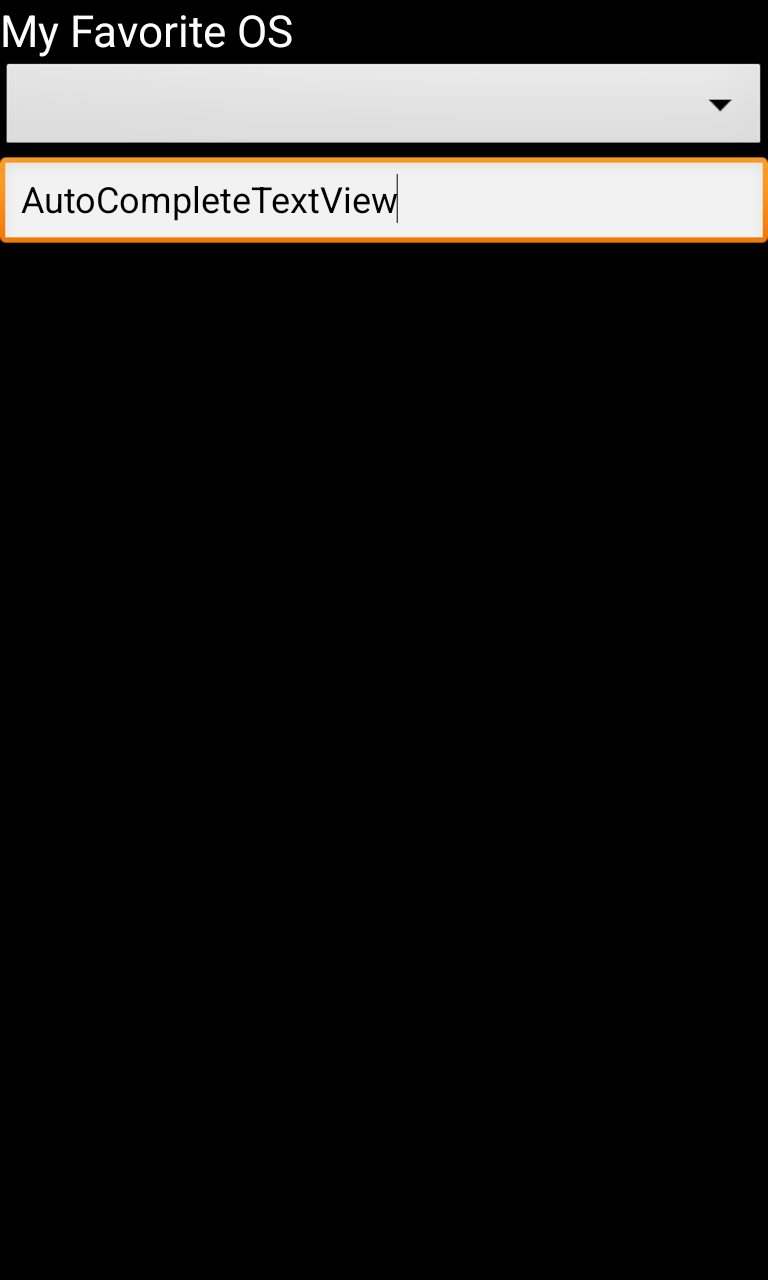
Repository: smartapps08/addteqtutorials
Layout: AdapterView Demo/res/layout/main.xml
The author's editor kept a copy of each file at every save. The layout is drawn from the files as they stood at one save, then again after the next save.
It is drawn on a 768 x 1280 px phone screen (xhdpi) without system bars, with theme android:Theme; the app's code is not run.

Above is the layout before, as saved 2012-06-07 18:12:25.

### AdapterView Demo/res/layout/main.xml
<?xml version="1.0" encoding="utf-8"?>
<LinearLayout xmlns:android="http://schemas.android.com/apk/res/android"
    android:layout_width="fill_parent"
    android:layout_height="fill_parent"
    android:orientation="vertical" >

    <TextView
        android:id="@+id/textView1"
        android:layout_width="wrap_content"
        android:layout_height="wrap_content"
        android:text="My Favorite OS"
        android:textAppearance="?android:attr/textAppearanceLarge" />

    <Spinner
        android:id="@+id/spinnerOS"
        android:layout_width="match_parent"
        android:layout_height="wrap_content" />

    <AutoCompleteTextView
        android:id="@+id/autoCompleteTextView1"
        android:layout_width="match_parent"
        android:layout_height="wrap_content"
        android:ems="10"
        android:text="AutoCompleteTextView" >

        <requestFocus />
    </AutoCompleteTextView>

</LinearLayout>

After the next save:
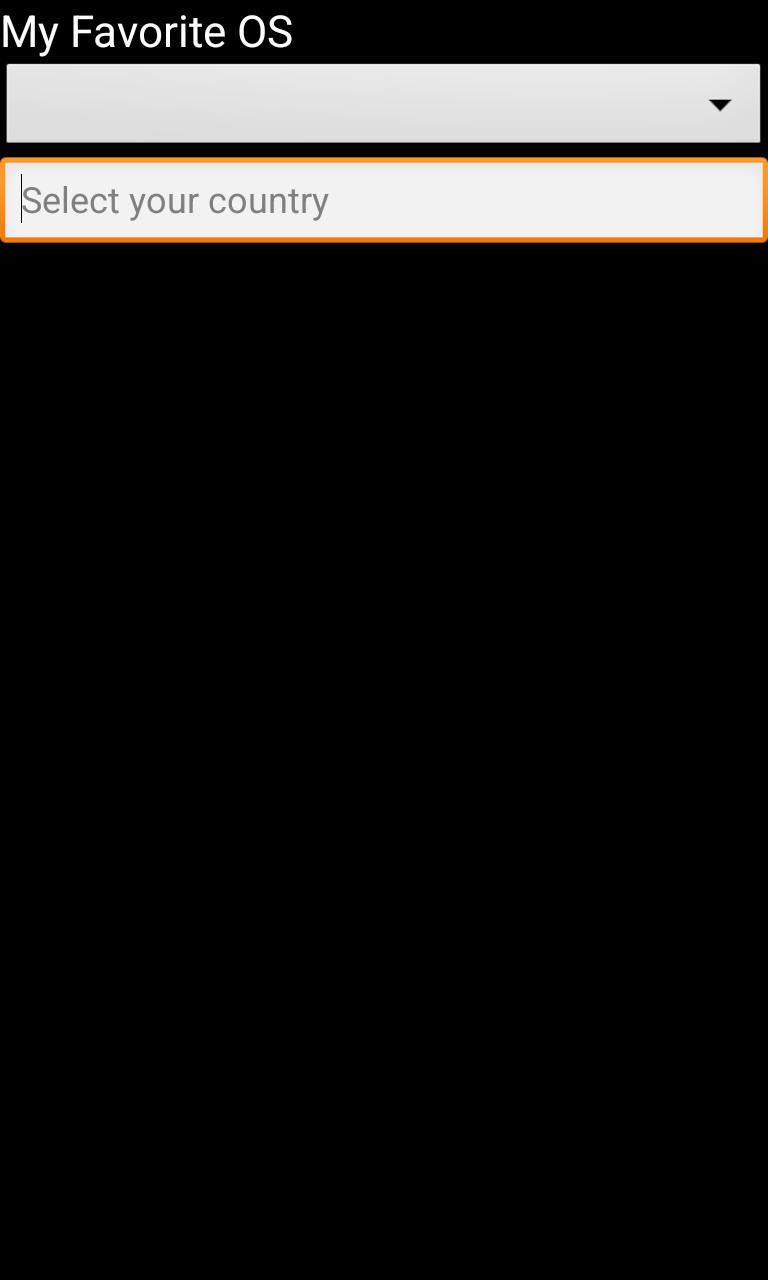
Saved 24 s later.
--- a/AdapterView Demo/res/layout/main.xml
+++ b/AdapterView Demo/res/layout/main.xml
@@ -21,7 +21,7 @@
         android:layout_width="match_parent"
         android:layout_height="wrap_content"
         android:ems="10"
-        android:text="AutoCompleteTextView" >
+        android:hint="Select your country" >
 
         <requestFocus />
     </AutoCompleteTextView>
